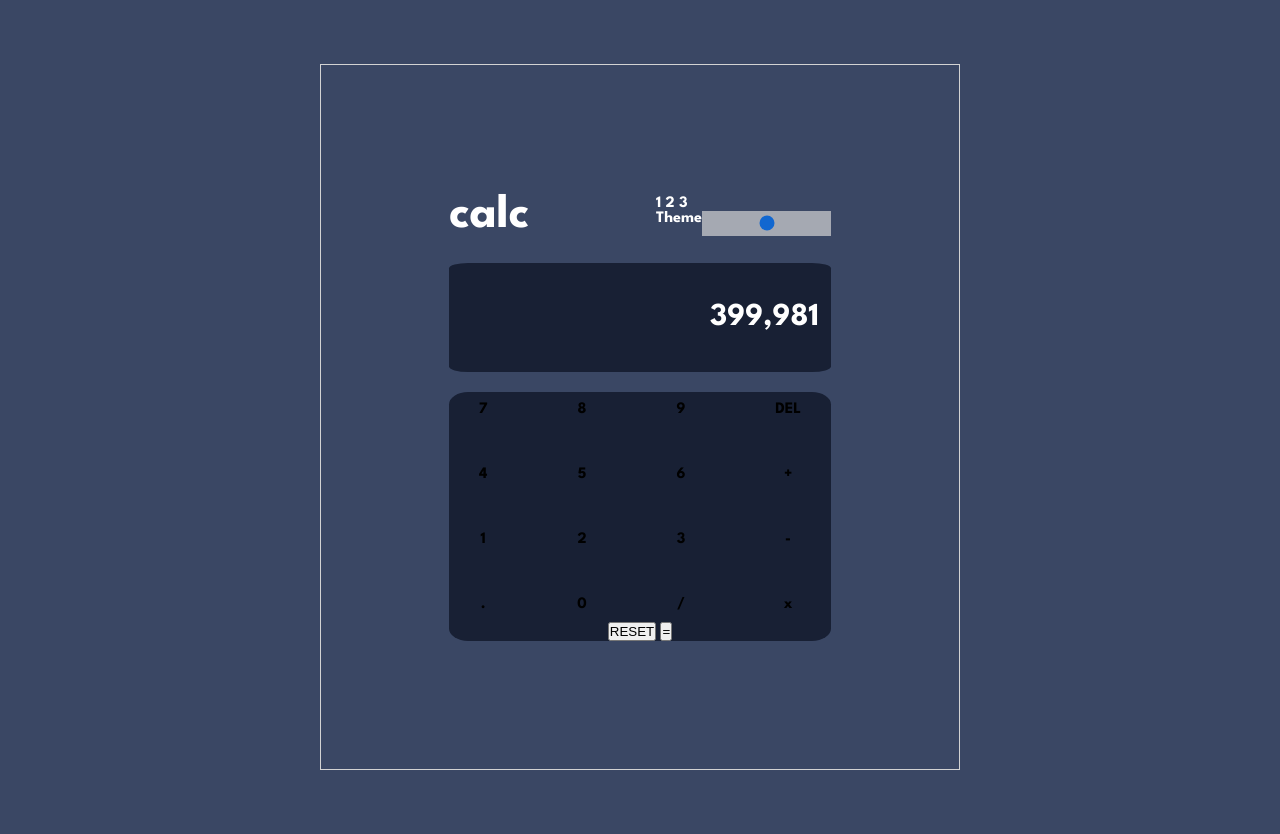
Repository: DevLaukey/calc-with-css-js
Page: index.html
The author's editor kept a copy of each file at every save. The page is drawn from the files as they stood at one save, then again after the next save.
The browser window is 1280 px wide. The pictures show the whole page.

Above is the page before, as saved 2022-05-18 13:09:31.

After the next save:
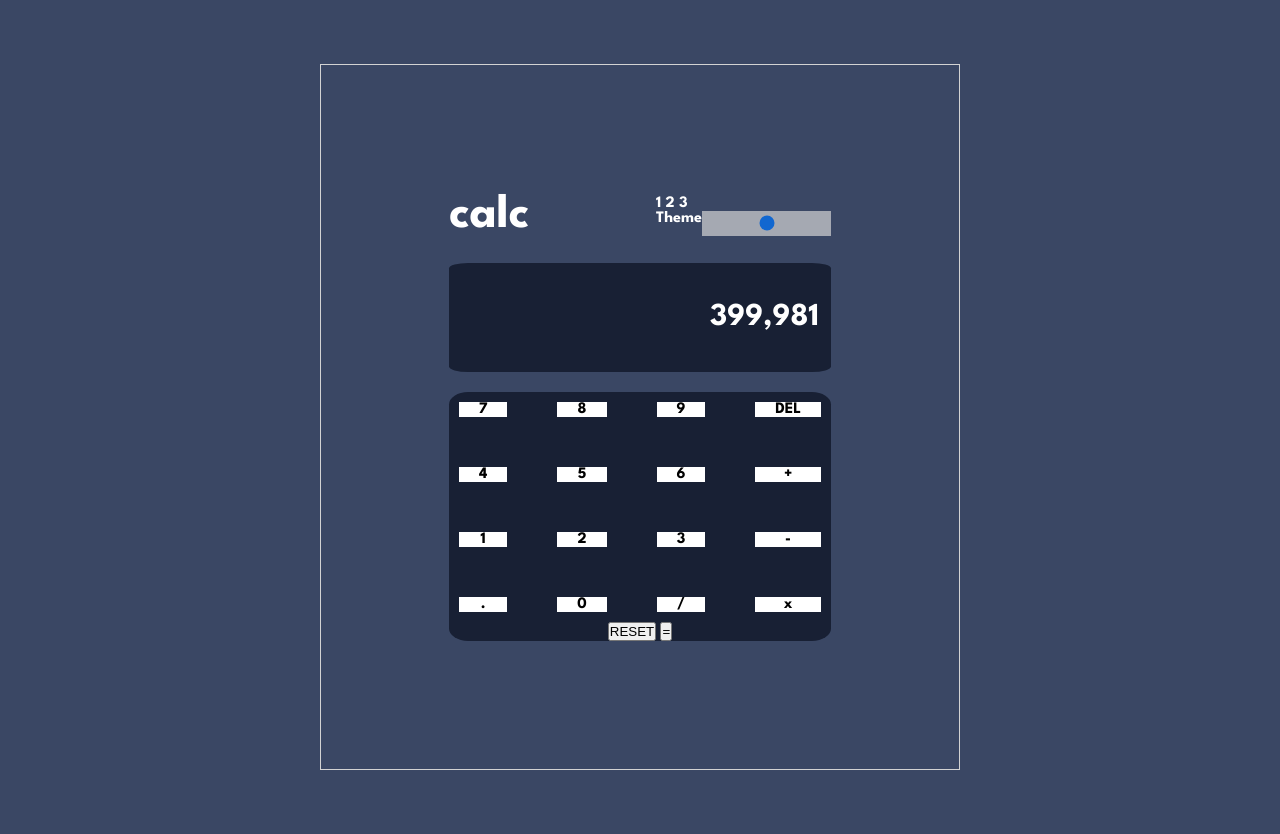
Saved 46 s later.
--- a/styles.css
+++ b/styles.css
@@ -97,5 +97,5 @@ text-align: center;
 
 }
 .calculator__button {
-    background-color: hsl(224, 36%, 15%);
+    background-color: white;
 }
